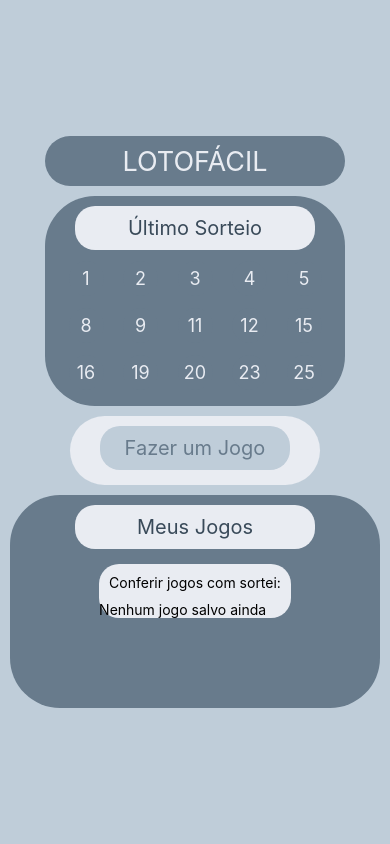
Repository: Deyvid-Kasteh/LotofacilApp
Screen: /
The author's editor kept a copy of each file at every save. The screen is drawn from the files as they stood at one save, then again after the next save.
The app was drawn by React Native's web renderer in a window 390 px wide. The project was rebuilt for these pictures with package versions that can differ from the ones it lists, and the page was loaded fresh each time. Also part of the build but not shown: Bolhas.js, components/Resultado.js, components/Jogo.js, paginaTESTE.js, paginaTESTE2.js, SeuComponentePai.js, components/ResultadoTexte2.js.

Above is the screen before, as saved 2023-12-02 23:25:48.

### App.js
import { StatusBar } from 'expo-status-bar';
import { Text, View } from 'react-native';
import MainPage from './pages/MainPage';

export default function App() {
  return (
    <MainPage/>
  );
}

### pages/MainPage.js
import { View, Text } from 'react-native'
import React from 'react'
import { StatusBar } from "expo-status-bar";
import Resultado from '../components/Resultado';
import PaginaTesteee from '../paginaTESTE';
import Teste2pagina from '../paginaTESTE2';
import SeuComponentePai from '../SeuComponentePai';
import ResultadoTexte from '../components/ResultadoTexte';
import ResultadoTexte2 from '../components/ResultadoTexte2';
import MostrarJogosSalvos from '../components/MostrarJogosSalvos';
import ResultadoTexteParaFazerCorreções from '../paginaTESTE';


const MainPage = () => {
  return (
    <View
      style={{
        flex: 1,
        alignItems: "center",
        justifyContent: "flex-start",
        backgroundColor: "#BFCDD9",
      }}
    >
      <StatusBar style="auto" />
      {/* <Text>Lotofácil</Text> */}
      {/* <Resultado /> */}
      {/* <PaginaTesteee /> */}
      {/* <Teste2pagina/> */}
      {/* <SeuComponentePai/> */}
      <ResultadoTexte />
      {/* <ResultadoTexte2/> */}
      {/* <MostrarJogosSalvos /> */}
      {/* <ResultadoTexteParaFazerCorreções/> */}
    </View>
  );
}

export default MainPage

### components/ResultadoTexte.js
import { View, Text, TouchableOpacity } from "react-native";
import React, { useState } from "react";
import AsyncStorage from "@react-native-async-storage/async-storage";

import Bubble from "./Bubble";
import latestJson from "../Latest.json";
import Bolhas from "../Bolhas";
import Jogo from "./Jogo";
import MostrarJogosSalvos from "./MostrarJogosSalvos";

// Defina constantes para cores
const backgroundColor1 = "#687B8C";
const backgroundColor2 = "#394A59";
const backgroundColor3 = "#E9ECF2";

const bolhasContainerStyle = {
  flexWrap: "wrap",
  flexDirection: "row",
  alignContent: "center",
  justifyContent: "space-evenly",
};
const ResultadoTexte = () => {
  const [viewHeight, setViewHeight] = useState(50);
  const toggleHeight = () => {
    const newHeight = viewHeight === 50 ? 200 : 50;
    setViewHeight(newHeight);
    console.log("mudou");
  };

  const [alturaView1, setAlturaView1] = useState(200);
  const toggleAltura = () => {
    const novaAltura = alturaView1 === 200 ? 50 : 200;
    setAlturaView1(novaAltura);
  };

  const [alturaView3, setAlturaView3] = useState(200);
  const toggleAlturaView3 = () => {
    const novaAlturaView3 = alturaView3 === 200 ? 50 : 200;
    setAlturaView3(novaAlturaView3);
  };

  const dezenas = latestJson.Dezenas;

  const renderFazerJogo = () => {
    const [chosenNumbers, setChosenNumbers] = useState([]);
    const bolhasSelecionadas = chosenNumbers.length;
    const onSaveJogoPress = async () => {
      if (bolhasSelecionadas === 15) {
        try {
          // Recupera os jogos já salvos (se existirem)
          const jogosSalvosJSON = await AsyncStorage.getItem("meusJogos");
          const jogosSalvos = jogosSalvosJSON
            ? JSON.parse(jogosSalvosJSON)
            : [];

          // Cria um objeto representando o jogo atual
          const jogoAtual = {
            numerosSelecionados: chosenNumbers,
            data: new Date().toLocaleString(),
          };

          // Adiciona o jogo atual à lista de jogos
          jogosSalvos.push(jogoAtual);

          // Salva a lista atualizada de jogos no AsyncStorage
          await AsyncStorage.setItem("meusJogos", JSON.stringify(jogosSalvos));

          console.log("Jogo salvo!");
          // Limpa os números escolhidos após salvar o jogo
          setChosenNumbers([]);
        } catch (error) {
          console.error("Erro ao salvar o jogo:", error);
        }
      } else {
        console.log("Selecione exatamente 15 números para salvar o jogo.");
      }
    };
    const handleBolhaPress = (numero) => {
      if (chosenNumbers.includes(numero)) {
        setChosenNumbers(chosenNumbers.filter((num) => num !== numero));
      } else {
        if (bolhasSelecionadas < 15) {
          setChosenNumbers([...chosenNumbers, numero]);
        }
      }
    };
    const dezenasParaEscolher = Array.from({ length: 25 }, (_, i) => i + 1);

    if (viewHeight === 50) {
      return null;
    } else {
      return (
        <View style={{ justifyContent: "center", alignItems: "center" }}>
          <View style={{}}>
            <Text
              style={{
                color: backgroundColor3,
                fontSize: 16,
              }}
            >
              Escolha 15 números
            </Text>
          </View>
          <View style={bolhasContainerStyle}>
            {dezenasParaEscolher.map((numero, index) => (
              <Bolhas
                key={index}
                numero={numero}
                choose={chosenNumbers.includes(numero)}
                onPress={() => handleBolhaPress(numero)}
              />
            ))}
          </View>
          <View key="números" style={{}}>
            <Text
              style={{
                color: backgroundColor3,
                fontSize: 16,
              }}
            >
              {bolhasSelecionadas} números selecionados
            </Text>
            <TouchableOpacity onPress={onSaveJogoPress}>
              <Text
                style={{
                  color: bolhasSelecionadas === 15 ? "green" : backgroundColor3,
                }}
              >
                SALVAR JOGO
              </Text>
            </TouchableOpacity>
            {/* <TouchableOpacity onPress={onDeleteJogosPress}>
              <Text style={{ color: "red" }}>DELETAR JOGOS</Text>
            </TouchableOpacity> */}
          </View>
        </View>
      );
    }
  };

  const renderConferirJogos = () => {
    if (alturaView3 === 50) {
      return null; // Retorna null se a altura for 50
    } else {
      return (
        <View style={bolhasContainerStyle}>
          <MostrarJogosSalvos />
        </View>
      );
    }
  };

  return (
    <View
      style={{
        flex: 1,
        justifyContent: "center",
        alignItems: "center",
      }}
    >
      <View
        style={{
          width: 300,
          height: 50,
          borderRadius: 50,
          alignItems: "center",
          justifyContent: "center",
          elevation: 2,
          backgroundColor: backgroundColor1,
          marginBottom: 10,
        }}
      >
        <Text
          style={{
            color: backgroundColor3,
            fontSize: 27,
          }}
        >
          LOTOFÁCIL
        </Text>
      </View>

      <View
        key="1"
        style={[
          {
            width: 300,
            padding: 10,
            borderRadius: 50,
            alignItems: "center",
            elevation: 2,
            backgroundColor: backgroundColor1,
            marginBottom: 10,
          },
          alturaView1 === 50
            ? { width: 250, backgroundColor: "#E9ECF2" }
            : { width: 300, backgroundColor: "#687B8C" },
        ]}
      >
        <TouchableOpacity
          style={[
            {
              width: 240,
              backgroundColor: backgroundColor3,
              elevation: 5,
              justifyContent: "center",
              alignItems: "center",
              padding: 10,
              borderRadius: 20,
              marginBottom: 5,
            },
            alturaView1 === 50
              ? { width: 190, backgroundColor: "#BFCDD9" }
              : { width: 240, backgroundColor: "#E9ECF2" },
          ]}
          onPress={() => toggleAltura()}
        >
          <Text
            style={{
              fontSize: 20,
              color: alturaView1 === 50 ? backgroundColor1 : backgroundColor2,
            }}
          >
            Último Sorteio
          </Text>
        </TouchableOpacity>

        {alturaView1 === 200 && (
          <View style={bolhasContainerStyle}>
            {dezenas.map((numero, index) => (
              <Bubble key={index} numero={numero} />
            ))}
          </View>
        )}
      </View>

      <View
        key="2"
        style={[
          {
            width: 300,
            padding: 10,
            borderRadius: 50,
            alignItems: "center",
            elevation: 2,
            marginBottom: 10,
          },
          viewHeight === 50
            ? { width: 250, backgroundColor: "#E9ECF2" }
            : { width: 300, backgroundColor: "#687B8C" },
        ]}
      >
        <TouchableOpacity
          style={[
            {
              width: 240,
              elevation: 5,
              justifyContent: "center",
              alignItems: "center",
              padding: 10,
              borderRadius: 20,
              marginBottom: 5,
            },
            viewHeight === 50
              ? { width: 190, backgroundColor: "#BFCDD9" }
              : { width: 240, backgroundColor: "#E9ECF2" },
          ]}
          onPress={() => toggleHeight()}
        >
          <Text
            style={{
              fontSize: 20,
              color: viewHeight === 50 ? backgroundColor1 : backgroundColor2,
            }}
          >
            Fazer um Jogo
          </Text>
        </TouchableOpacity>
        {renderFazerJogo()}
      </View>
      <View
        key="3"
        style={[
          {
            width: 300,
            padding: 10,
            borderRadius: 50,
            alignItems: "center",
            elevation: 2,
          },
          alturaView3 === 50
            ? { width: 250, backgroundColor: "#E9ECF2" }
            : { width: 370, backgroundColor: "#687B8C" },
        ]}
      >
        <TouchableOpacity
          style={[
            {
              width: 240,
              elevation: 5,
              justifyContent: "center",
              alignItems: "center",
              padding: 10,
              borderRadius: 20,
              marginBottom: 5,
            },
            alturaView3 === 50
              ? { width: 190, backgroundColor: "#BFCDD9" }
              : { width: 240, backgroundColor: "#E9ECF2" },
          ]}
          onPress={() => toggleAlturaView3()}
        >
          <Text
            style={{
              fontSize: 20,
              color: alturaView3 === 50 ? backgroundColor1 : backgroundColor2,
            }}
          >
            Meus Jogos
          </Text>
        </TouchableOpacity>
        {renderConferirJogos()}
        {/* <MostrarJogosSalvos/> */}
      </View>
    </View>
  );
};

export default ResultadoTexte;

### components/MostrarJogosSalvos.js
import React, { useState, useEffect } from "react";
import { View, Text, TouchableOpacity } from "react-native";
import AsyncStorage from "@react-native-async-storage/async-storage";
import Jogo from "./Jogo";
import * as Cores from "../assets/Cores";


const MostrarJogosSalvos = () => {
  const [jogosSalvos, setJogosSalvos] = useState([]);

  // Adicione a função saveJogos
  const saveJogos = async (jogos) => {
    try {
      await AsyncStorage.setItem("meusJogos", JSON.stringify(jogos));
    } catch (error) {
      console.error("Erro ao salvar jogos:", error);
    }
  };

  const handleDelete = async (index) => {
    try {
      const jogosAtualizados = [...jogosSalvos];
      jogosAtualizados.splice(index, 1);

      await saveJogos(jogosAtualizados);

      setJogosSalvos(jogosAtualizados);
    } catch (error) {
      console.error("Erro ao deletar jogo:", error);
    }
  };

  useEffect(() => {
    const carregarJogosSalvos = async () => {
      try {
        const jogosSalvosJSON = await AsyncStorage.getItem("meusJogos");
        const jogosSalvos = jogosSalvosJSON ? JSON.parse(jogosSalvosJSON) : [];
        setJogosSalvos(jogosSalvos);
      } catch (error) {
        console.error("Erro ao carregar jogos salvos:", error);
      }
    };

    carregarJogosSalvos();
  }, []);

  return (
    <View
      style={{
        borderRadius: 20,
        backgroundColor: Cores.cor1,
        marginTop: 10,
        marginBottom: 80,
      }}
    >
      <View
        style={{
          margin: 10,
        }}
      >
        <Text>Conferir jogos com sortei:</Text>
      </View>
      {jogosSalvos.length === 0 ? (
        <Text>Nenhum jogo salvo ainda</Text>
      ) : (
        jogosSalvos.map((jogo, index) => (
          <Jogo
            key={index}
            numerosSelecionados={jogo.numerosSelecionados}
            onDelete={() => handleDelete(index)}
          />
        ))
      )}
    </View>
  );
};

export default MostrarJogosSalvos;

### components/Bubble.js
import { View, Text } from "react-native";
import React from "react";

const Bubble = (props) => {
  if (props.choose) {console.log(props.choose)}
  return (
    <View
      style={[
        {
          width: 35,
          height: 35,
          // backgroundColor: "#394A59",
          // backgroundColor: "#687B8C",

          borderRadius: 50,
          alignContent: "center",
          justifyContent: "center",
          alignItems: "center",
          margin: 6,
          // elevation: 5,
          opacity: 1,
        },
        props.choose
          ? { backgroundColor: "#394A59" }
          : { backgroundColor: "#687B8C" },
      ]}
    >
      <Text
        style={{
          color: "#E9ECF2",
          fontSize: 18,
        }}
      >
        {props.numero}
      </Text>
    </View>
  );
};

export default Bubble;

### Latest.json
{
  "concurso": 2960,
  "Data Sorteio": "22/11/2023",
  "Dezenas": [
    1,
    2,
    3,
    4,
    5,
    8,
    9,
    11,
    12,
    15,
    16,
    19,
    20,
    23,
    25
  ],
  "Ganhadores 15 acertos": 3,
  "Cidade / UF": "BRASILIA/DF; JARAGUA/GO; IPATINGA/MG",
  "Premio 15 Acertos": "R$1.639.439,24",
  "Ganhadores 14 Acertos": 433,
  "Premio 14 Acertos": "R$1.732,84",
  "Ganhadores 13 Acertos": 13831,
  "Premio 13 Acertos": "R$30,00",
  "Ganhadores 12 Acertos": 163567,
  "Premio 12 Acertos": "R$12,00",
  "Ganhadores 11 Acertos": 882304,
  "Premio 11 Acertos": "R$6,00"
}

### assets/Cores.js
export const cor1 = "#E9ECF2"; // Cor mais clara
export const cor2 = "#BFCDD9";
export const cor3 = "#95ACBF";
export const cor4 = "#687B8C";
export const cor5 = "#394A59"; // Cor mais escura

After the next save:
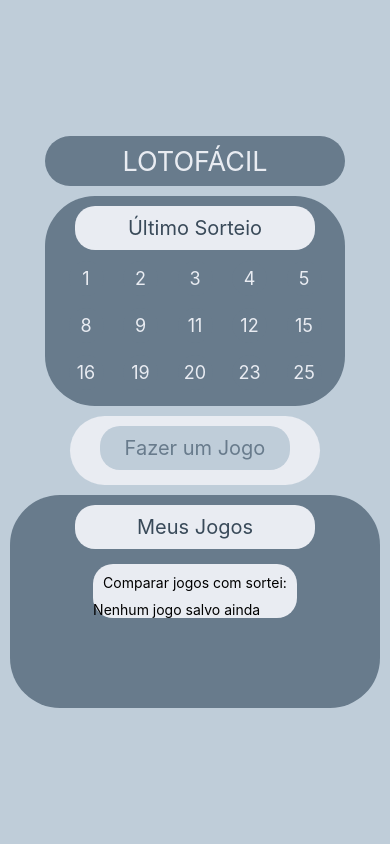
Saved 16 s later.
--- a/components/MostrarJogosSalvos.js
+++ b/components/MostrarJogosSalvos.js
@@ -58,7 +58,7 @@
           margin: 10,
         }}
       >
-        <Text>Conferir jogos com sortei:</Text>
+        <Text>Comparar jogos com sortei:</Text>
       </View>
       {jogosSalvos.length === 0 ? (
         <Text>Nenhum jogo salvo ainda</Text>
